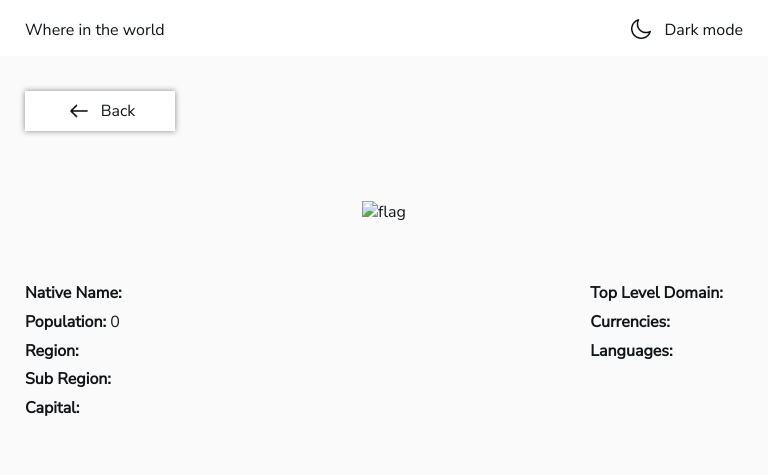
Repository: faithandjs/rest-countries-api
Page: /details
An editor plug-in stored every save of this project. The page is shown before and after the next save, followed by the edit.
The browser window is 768 px wide. The pictures show the whole page.
The page's requests for data from a server got no answer. The project was rebuilt for these pictures with package versions that can differ from the ones it lists, and the page was loaded fresh each time. No one was signed in, and anything a server would have sent is missing. Also part of the build but not shown: src/components/home.tsx.

Above is the page before, as saved 2022-04-16 16:04:28.

After the next save:
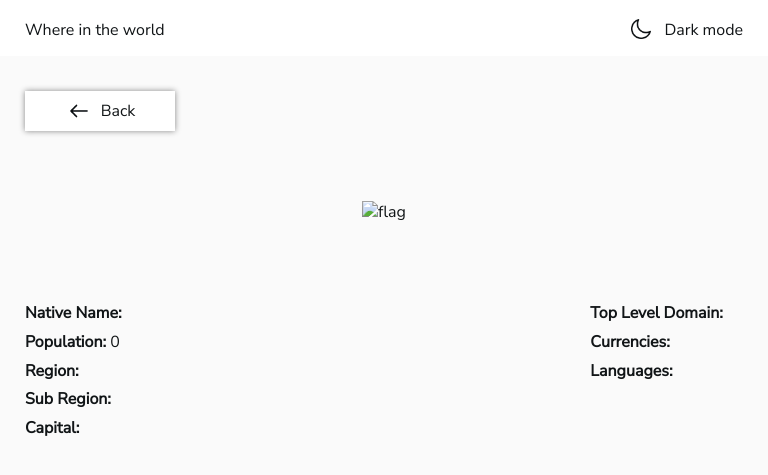
Saved 11 s later.
--- a/src/components/style/style.scss
+++ b/src/components/style/style.scss
@@ -232,7 +232,7 @@ a:-webkit-any-link {
             .flag {
                 text-align: center;
                 img{
-                    margin: 25px 0;
+                    margin: 25px 0 45px;
                     padding: 0;
                     width: 600px;
                 }
